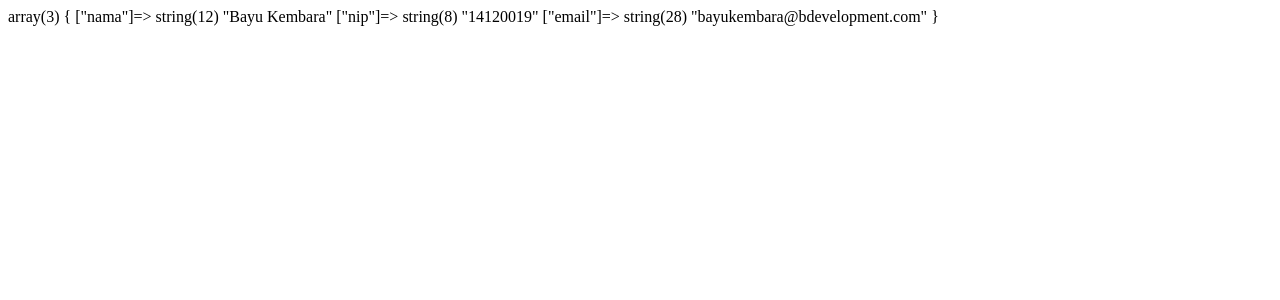
Repository: bayukembara/RESTAPI
Page: http://localhost/latihan1.php
These files come from the project's save history. The page is drawn as it stood at one moment and after a run of saves; the edit follows.
The browser window is 1280 px wide. The pictures show the whole page.
The page is run by PHP 8.4 with error messages shown; the project is at /var/www/html/.

Above is the page before, as saved 2022-04-28 15:39:30.

### latihan1.php
<?php

$mahasiswa = [
  "nama" => "Bayu Kembara",
  "nip" => "14120019",
  "email" => "bayukembara@bdevelopment.com"
];

var_dump($mahasiswa);

After the next 2 saves:
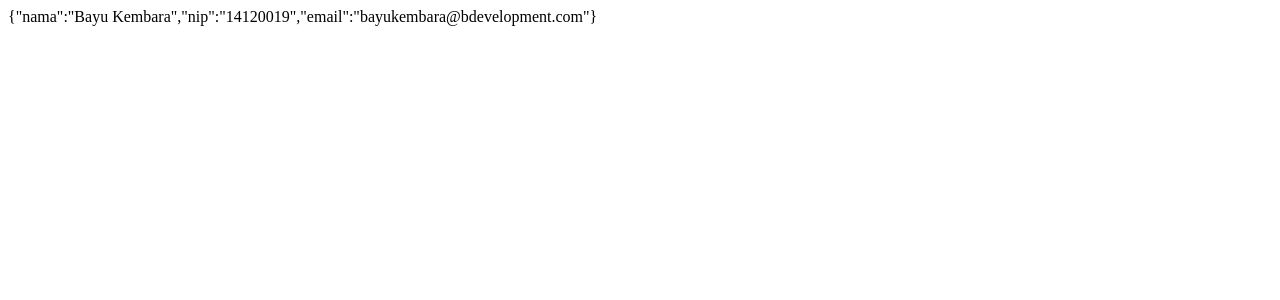
The 2 saves are shown as one change because they came seconds apart.
The last was saved 3 min 31 s later.
--- a/latihan1.php
+++ b/latihan1.php
@@ -6,4 +6,8 @@
   "email" => "bayukembara@bdevelopment.com"
 ];
 
-var_dump($mahasiswa);
+// var_dump($mahasiswa);
+
+$data = json_encode($mahasiswa);
+
+echo $data;
